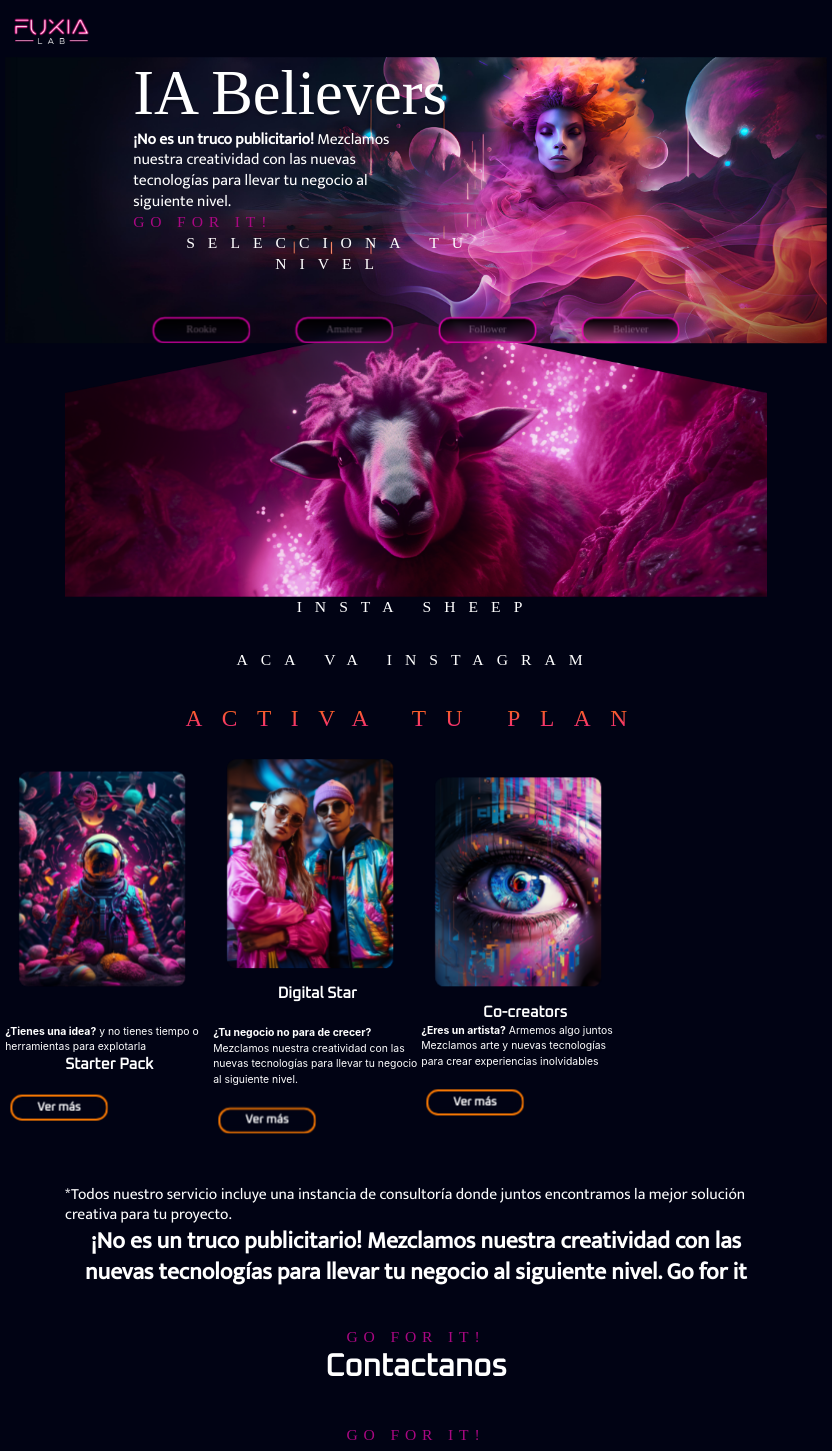
Repository: itsomosedison/tailwind-landing-page
Page: index.html
The author's editor kept a copy of each file at every save. The page is drawn from the files as they stood at one save, then again after the next save.
The browser window is 1280 px wide. The pictures show the whole page, at 65% of full size.
Some web fonts or font styles are not loaded; a fallback is used.

Above is the page before, as saved 2023-09-30 20:19:42.

After the next save:
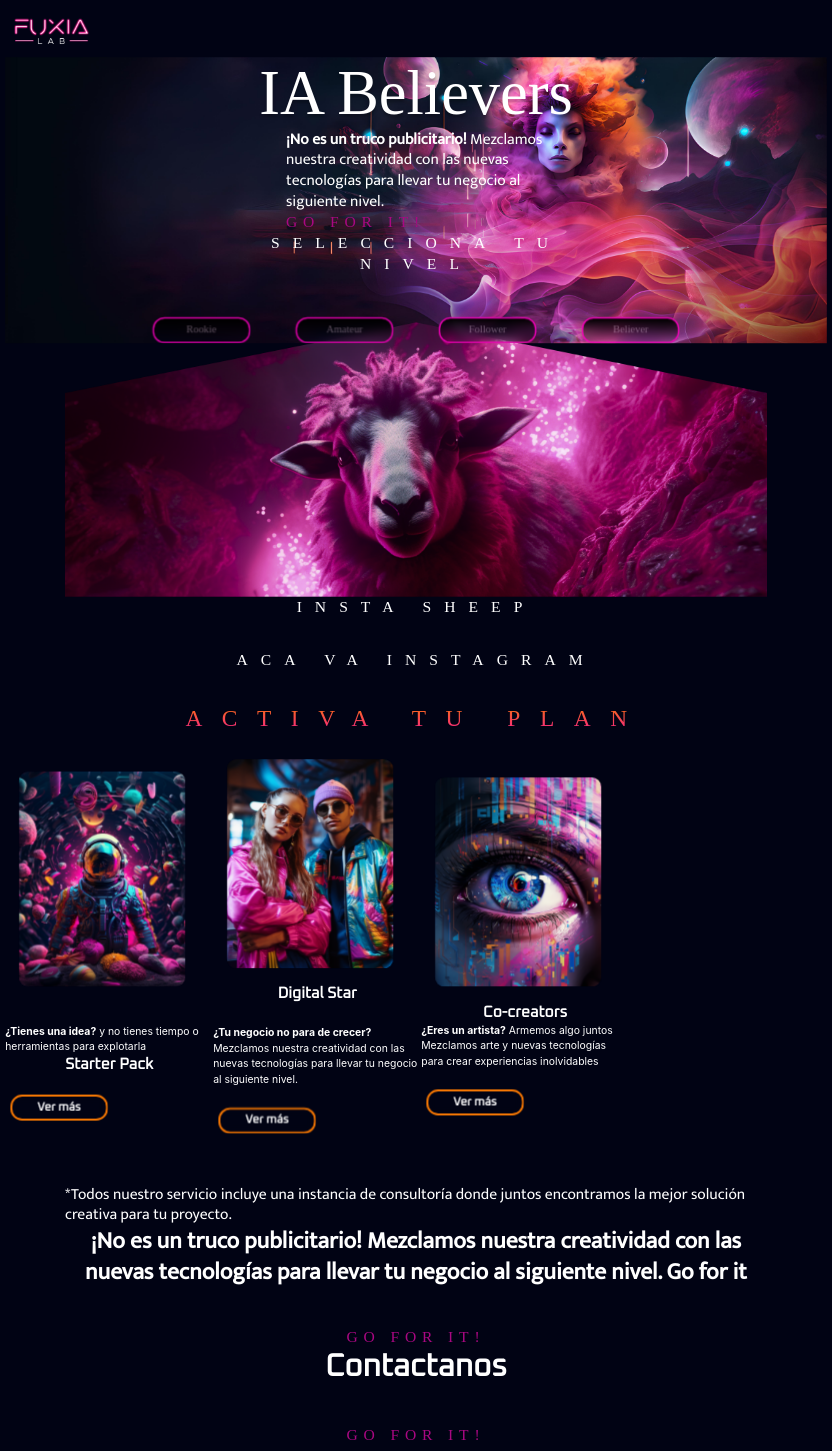
Saved 59 s later.
--- a/index.html
+++ b/index.html
@@ -20,7 +20,7 @@
     </header>
 
     <div class="hero containerFuxiaHero">
-        <div class="flex-col"  style="max-width:  1080px;align-items: center;">
+        <div class="containerFuxia flex-col" style="max-width:  1080px;align-items: center;">
             <h1 class="FuxiaH1">IA Believers</h1>
 
             <div class="flex-row" style="max-width: 400px;">
@@ -37,6 +37,7 @@
                     <button class="FuxiaButton">Believer</button>
             </div>
         </div>
+
     </div>
 
     <div class="containerFuxia flex-col" style="max-width:  1080px;align-items: center;margin-top: -32px;">
